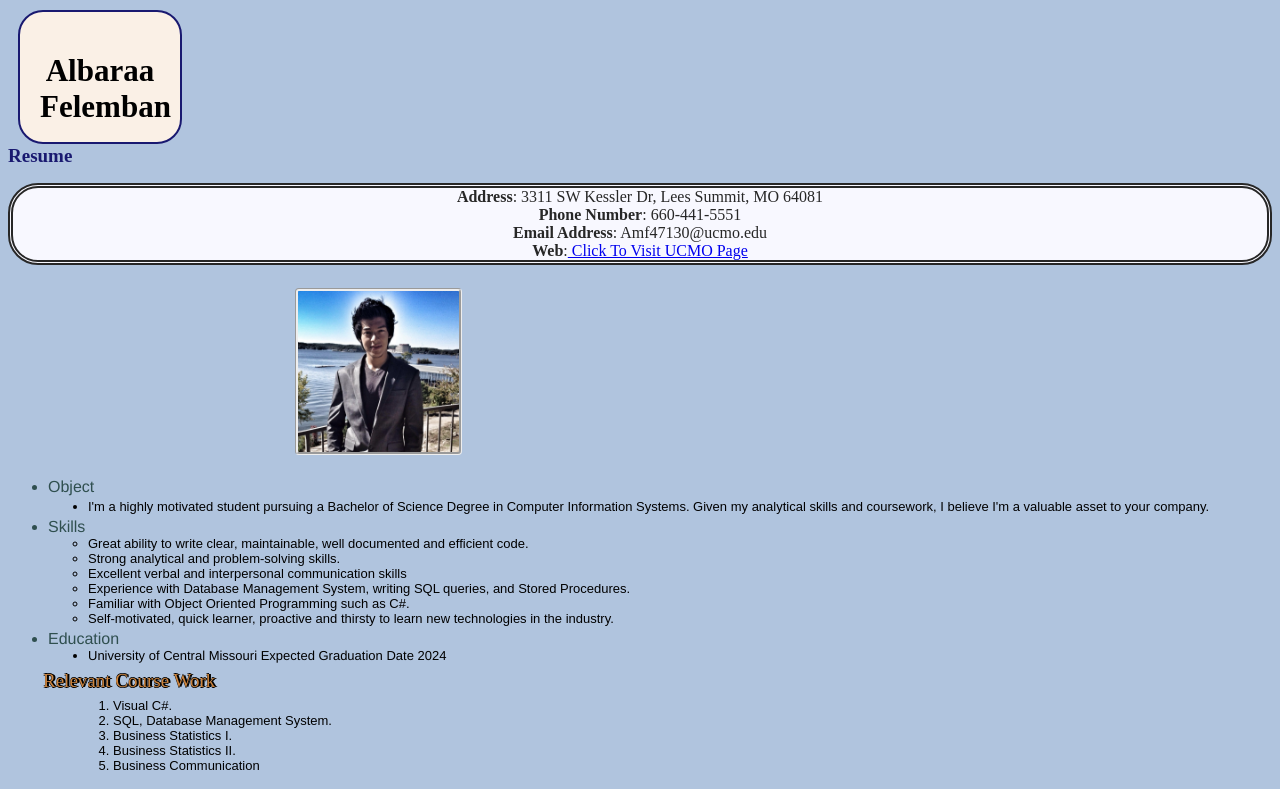
Repository: MrFelemban/RealEstate_Web-cis2625
Page: lesson1/index.html
The author's editor kept a record of every edit. The page is drawn from the files as they stood at one moment, then again after the next edit.
The browser window is 1280 px wide. The pictures show the whole page.

Above is the page before.

After the next edit:
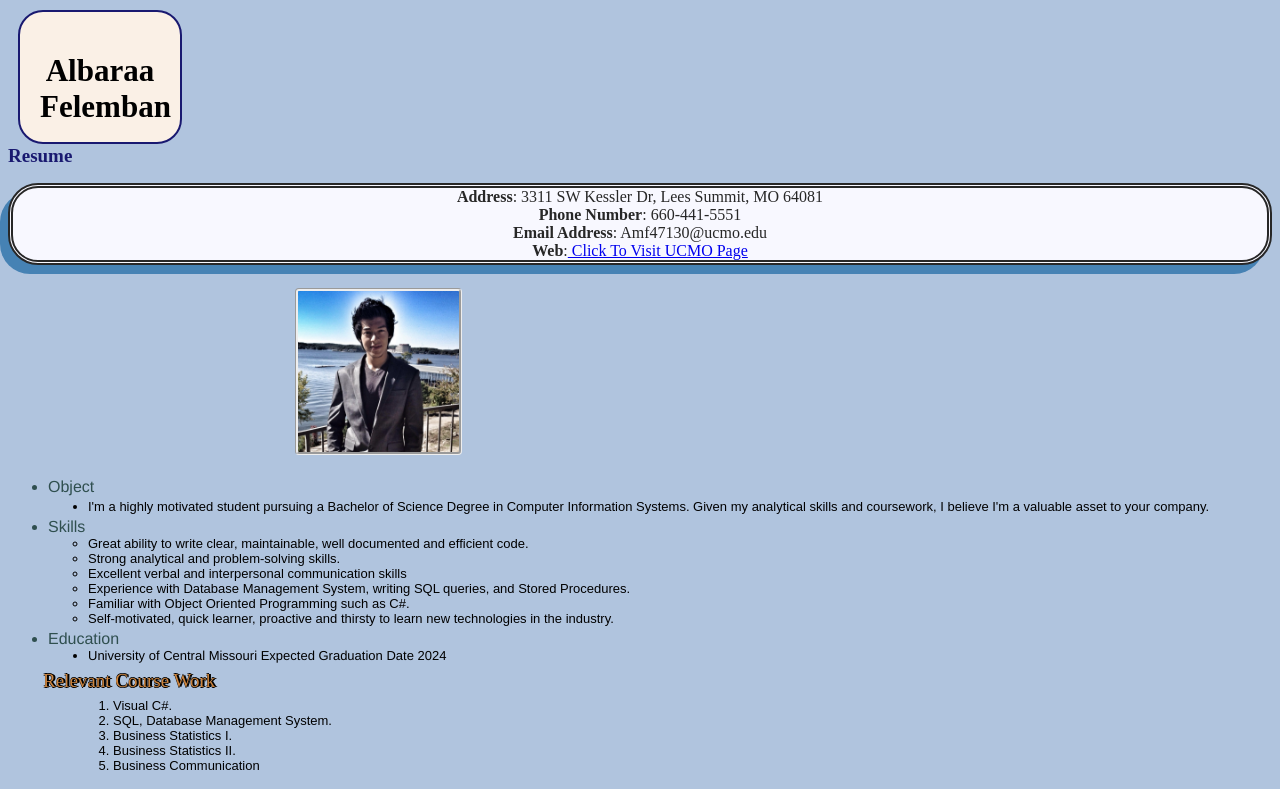
The edit:
--- a/lesson1/Resume.css
+++ b/lesson1/Resume.css
@@ -9,6 +9,8 @@
 		text-align: center;
 		list-style-position: inside;
 		color: #272727;
+		box-shadow: -8px 9px #4682B4;
+		margin-left: : -50px;
 
 	}
 
